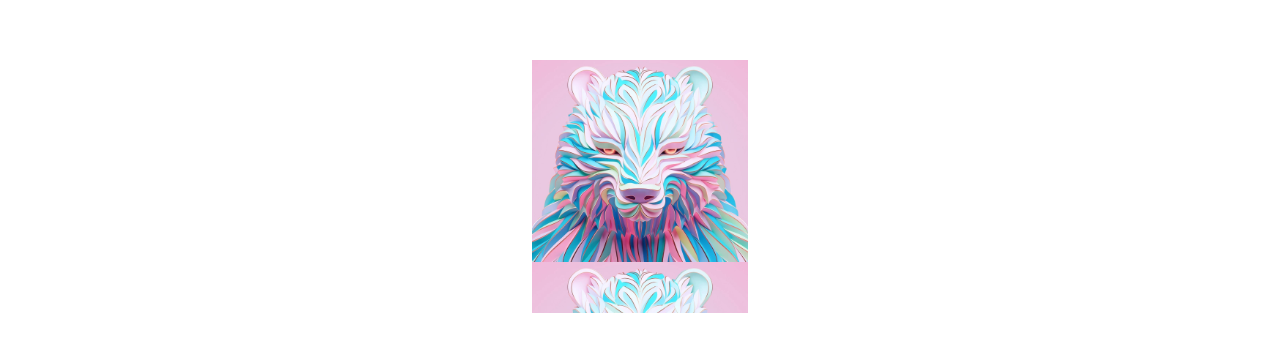
Repository: longNT0dev/C4E132
Page: SS4/index.html
The author's editor kept a copy of each file at every save. The page is drawn from the files as they stood at one save, then again after a run of saves.
The browser window is 1280 px wide. The pictures show the whole page.

Above is the page before, as saved 2022-10-02 21:30:29.

### SS4/index.html
<!DOCTYPE html>
<html lang="en">
  <head>
    <meta charset="UTF-8" />
    <meta http-equiv="X-UA-Compatible" content="IE=edge" />
    <meta name="viewport" content="width=device-width, initial-scale=1.0" />
    <link rel="stylesheet" href="style.css" />
    <title>Document</title>
  </head>
  <body>
    <div class="container">

      <div class="overlay">

        <div class="overlay-information">
          <img src="" />
          <div class="content">
            <h5></h5>
            <span></span>
          </div>
        </div>

        <div class="overlay-loading"></div>

      </div>
    </div>
  </body>
</html>

### SS4/style.css
* {
    margin: 0;
    padding: 0;
    box-sizing: border-box;
}

.container {
    width: 216px;
    height: 253px;
    margin: 60px auto;
    background-image: url("oYiTqum.jpg");
    /* background-position: center; */
    background-size: contain;
}

After the next 3 saves:
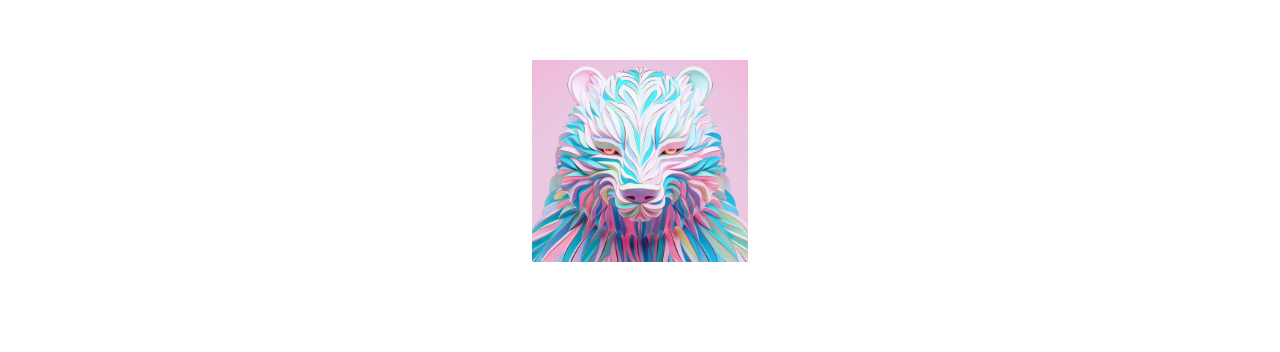
The 3 saves are shown as one change because they came seconds apart.
The last was saved 17 s later.
--- a/SS4/style.css
+++ b/SS4/style.css
@@ -11,4 +11,5 @@
     background-image: url("oYiTqum.jpg");
     /* background-position: center; */
     background-size: contain;
+    background-repeat: no-repeat;
 }
